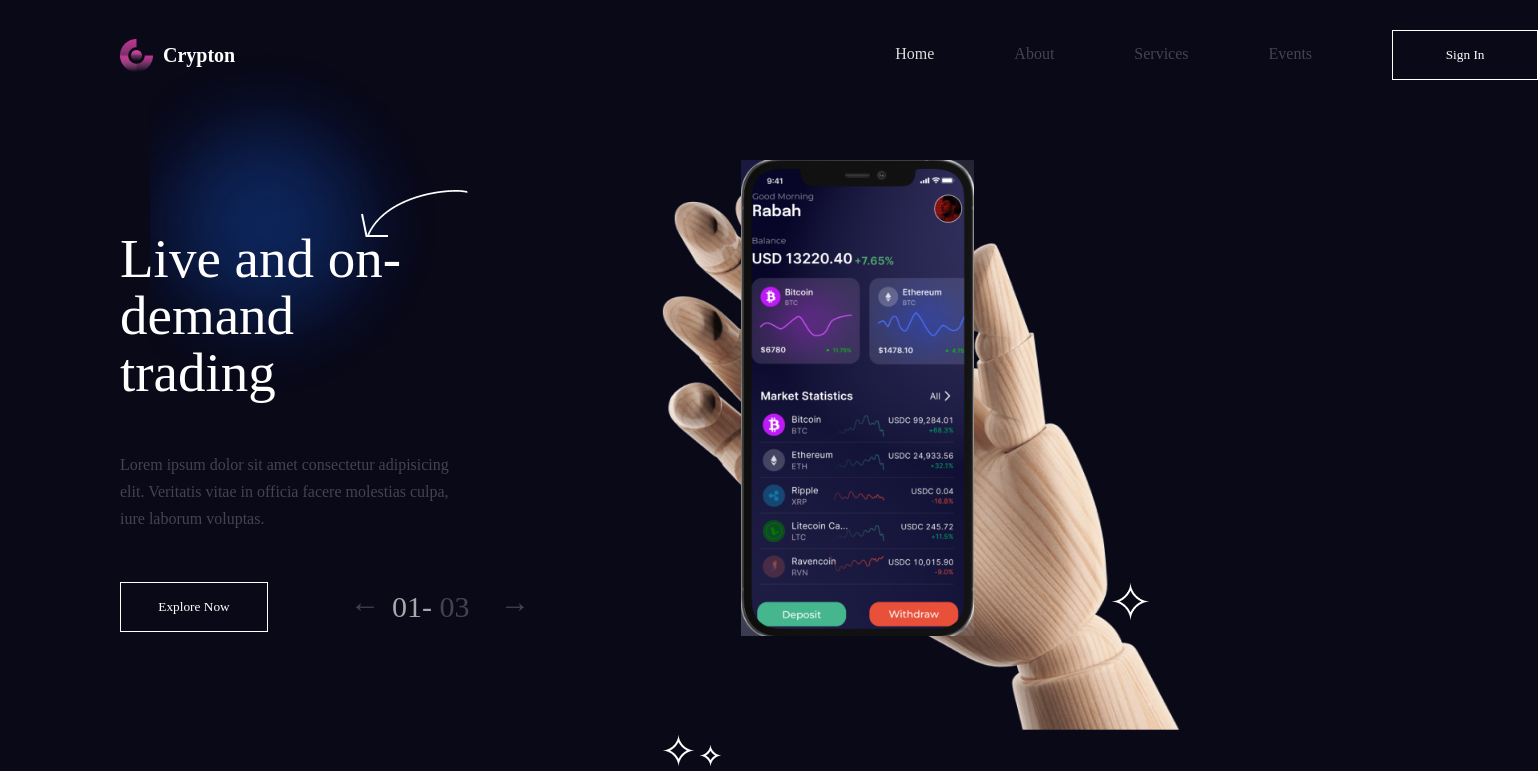
Repository: isaacCodes1/Crypton-Website
Page: index.html
The author's editor kept a copy of each file at every save. The page is drawn from the files as they stood at one save, then again after the next save.
The browser window is 1280 px wide. The page is 1538 px wide, so the pictures cover 1538 px, including what lies to the right of the window. The pictures show the whole page.

Above is the page before, as saved 2024-05-14 21:11:10.

### index.html
<!DOCTYPE html>
<html lang="en">
  <head>
    <meta charset="UTF-8" />
    <meta name="viewport" content="width=device-width, initial-scale=1.0" />
    <link rel="stylesheet" href="style.css" />
    <title>Crypton HomePage</title>
  </head>
  <body>
    <header>
      <nav>
        <div class="headerGen">
          <div class="logo">
            <img class="logoImage" src="/Assets/Group 605.png" alt="" />
            <p class="logoText">Crypton</p>
            <ul>
              <li>Home</li>
              <li style="color: #d6d5d54a">About</li>
              <li style="color: #d6d5d54a">Services</li>
              <li style="color: #d6d5d54a">Events</li>
              <button class="sign">Sign In</button>
            </ul>
          </div>
        </div>
      </nav>
    </header>
    <section>
      <div class="firstSectionGeneral">
        <div class="liveTexts">
          <h1 class="liveText"><span><img class="shadow" src="/Assets/shadow.png" alt=""></span><span><img class="arrow" src="/Assets/Arrow_03.png" alt=""></span>Live and on-demand trading</h1>
          <p class="lorem">
            Lorem ipsum dolor sit amet consectetur adipisicing elit. Veritatis
            vitae in officia facere molestias culpa, iure laborum voluptas.
          </p>
          <button class="explore">Explore Now</button>
          <span class="rArrow">&#8592;</span>
          <p class="innerP">01- <span class="theBrownNumber">03</span></p>
          <span class="lArrow">&#8594;</span>
        </div>
      </div>
    </section>
    <section>
      <div class="handDiv">
        <div class="woodenHand">
          <img class="wood" src="/Assets/rabat.png
          " alt="">
          <img class="hand" src="/Assets/Hand.png" alt="">
          <img class="five" src="/Assets/Star 5.png" alt="">
          <img class="six" src="/Assets/Star 6.png" alt="">
          <img class="eight" src="/Assets/Star 8.png" alt="">
        </div>
      </div>
    </section>
  </body>
</html>

### style.css
    * {
    margin: 0;
    padding: 0;
    box-sizing: border-box;
    font-family: "poppins";
    }
body{
    background-color: rgb(9, 9, 24);
}
/* NavBar */
.logo {
    display: flex;
    align-items: center;
    gap: 10px;
    padding-top: 30px;
    margin-left: 120px;
    margin-bottom: 150px;
    cursor: pointer;
}
.logoText{
    font-size: 20px;
    color: #fff;
    margin-right: 650px;
    font-weight: 600;
}
.logo ul{
    display: flex;
    color: #dedcdc;
    list-style: none;
    gap: 80px;
    display: flex;
    align-items: center;
    cursor: pointer;
}
    .logo ul li {
        list-style: none;
        display: inline-block;
        /* padding: 8px 12px; */
        position: relative;
    }
    .logo ul li::after {
        content: "";
        width: 0%;
        height: 2px;
        background: #fff;
        display: block;
        margin: auto;
        transition: 0.5s;
    }
    .logo ul li:hover::after {
        width: 70%;
    }

.sign{
    width: 146px;
    height: 50px;
    border: 1px solid #fff;
    background: transparent;
    color: #fff;
    cursor: pointer;
}
/* Landing Page */
.liveTexts{
    /* display: flex; */
}
.liveText{
    display: flex;
    flex-direction: column;
    font-size: 55px;
    width: 340px;
    line-height: 57px;
    color: #fff;
    margin-left: 120px;
    font-weight: normal;
    margin-bottom: 50px;
}
.shadow{
    width: 25%;
    position: absolute;
    top: 20px;
    left: 150px;
    z-index: -1;
}
.lorem{
    color: #d6d5d54a;
    width: 27%;
    margin-left: 120px;
    line-height: 27px;
    margin-bottom: 50px;
}
.explore{
    margin-left: 120px;
    width: 148px;
    height: 50px;
    background: transparent;
    color: #fff;
    border: 1px solid #fff;
}
.arrow{
    position: absolute;
    top: 120px;
    left: 320px;
}
.rArrow{
    position: absolute;
    font-size: 30px;
    top: 585px;
    left: 350px;
    margin-right: 200px;
    color: #d6d5d54a;
    display: flex;
    align-items: center;
}
.lArrow{
    position: absolute;
    font-size: 30px;
    top: 585px;
    left: 500px;
    color: #d6d5d54a;
    display: flex;
    align-items: center;
}
.innerP{
    position: absolute;
    left: 392px;
    top: 590px;
    color: #ffffffa4;
    font-size: 30px;
}
.theBrownNumber{
    color: #d6d5d54a;
}
/* Wooden Hand Image */
.handDiv{
    display: flex;
    position: absolute;
    top: 190px;
    right: 100px;
}
.hand{
    height: 75vh;
    width: 100%;
}
.wood{
    position: absolute;
    right: 206px;
    top: -30px;
    width: 45%;
}
.five{
    position: absolute;
    right: 30px;
    bottom: 150px;
}

After the next save:
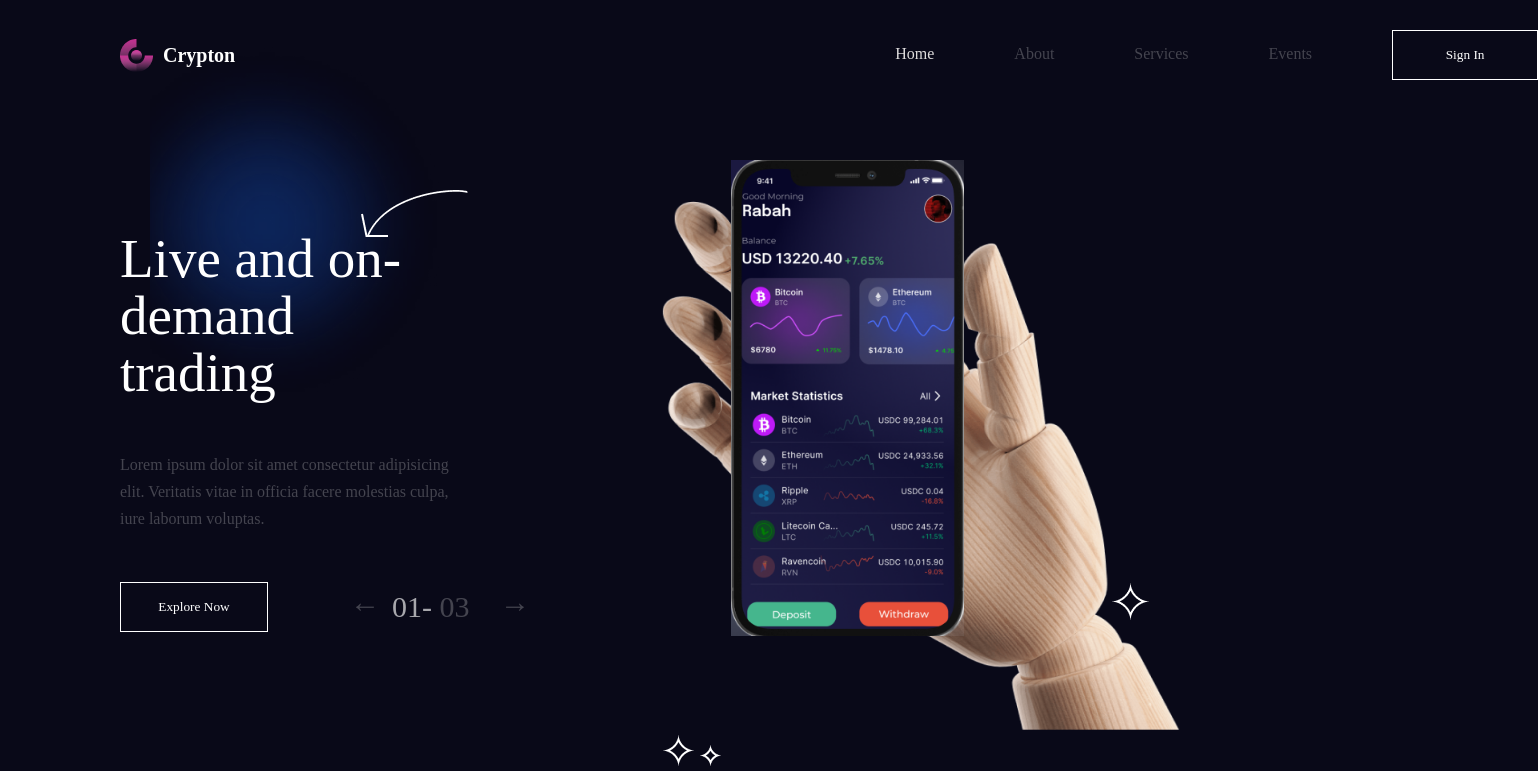
Saved 22 s later.
--- a/style.css
+++ b/style.css
@@ -143,7 +143,7 @@ body{
 }
 .wood{
     position: absolute;
-    right: 206px;
+    right: 216px;
     top: -30px;
     width: 45%;
 }
